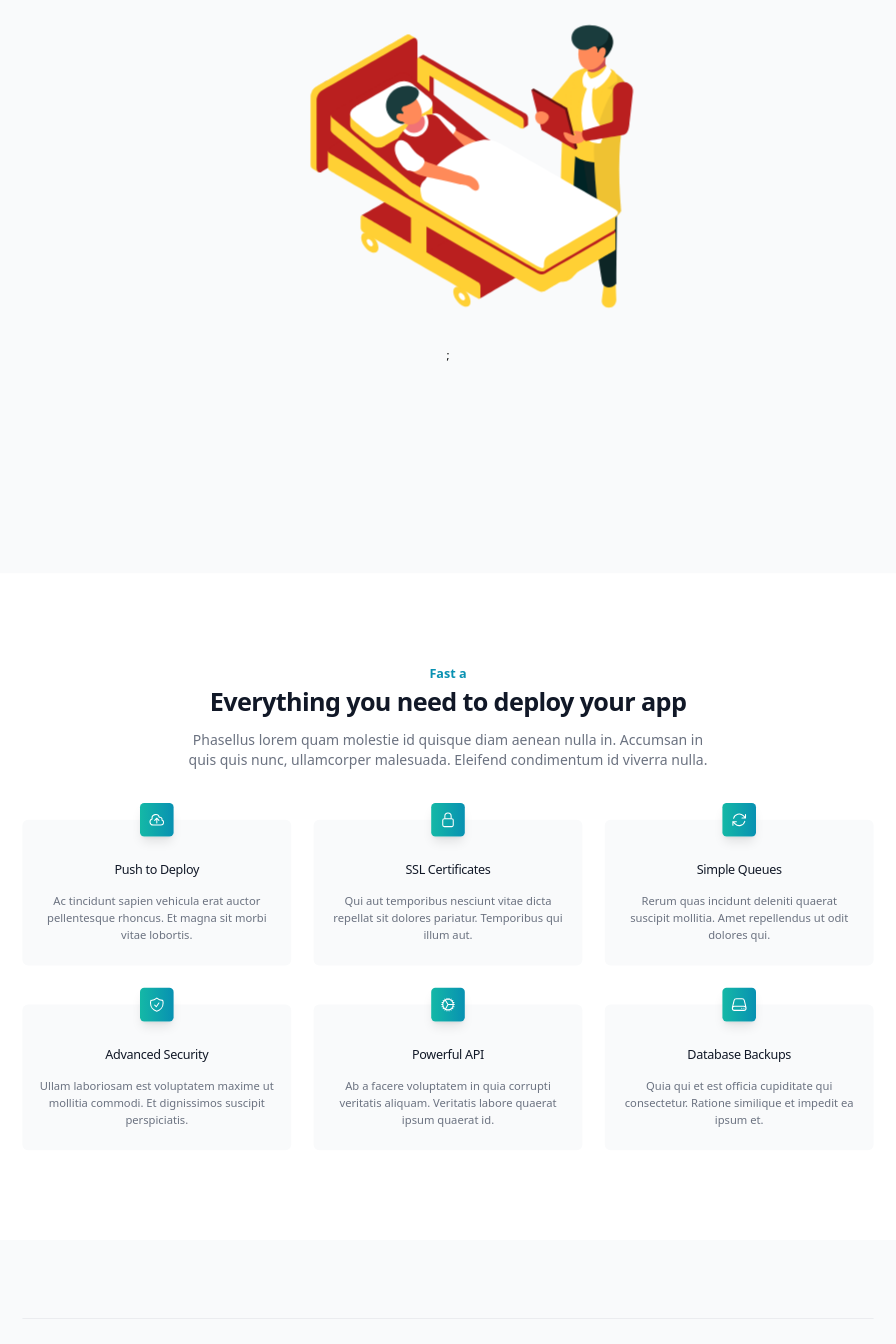
Repository: VinceBrun/medical-web3-app
Page: /
These files come from the project's save history. The page is drawn as it stood at one moment and after the next save; the edit follows.
The browser window is 1280 px wide. The pictures show the part of the page from y = 1423 to 3343 px (the page is 3395 px tall), at 70% of full size.
The project was rebuilt for these pictures with package versions that can differ from the ones it lists, and the page was loaded fresh each time. The framework's server and built-in components were replaced by stand-ins that run in the browser. Also part of the build but not shown: next.config.js, styles/Home.module.css.

Above is the page before, as saved 2023-01-16 17:36:54.

After the next save:
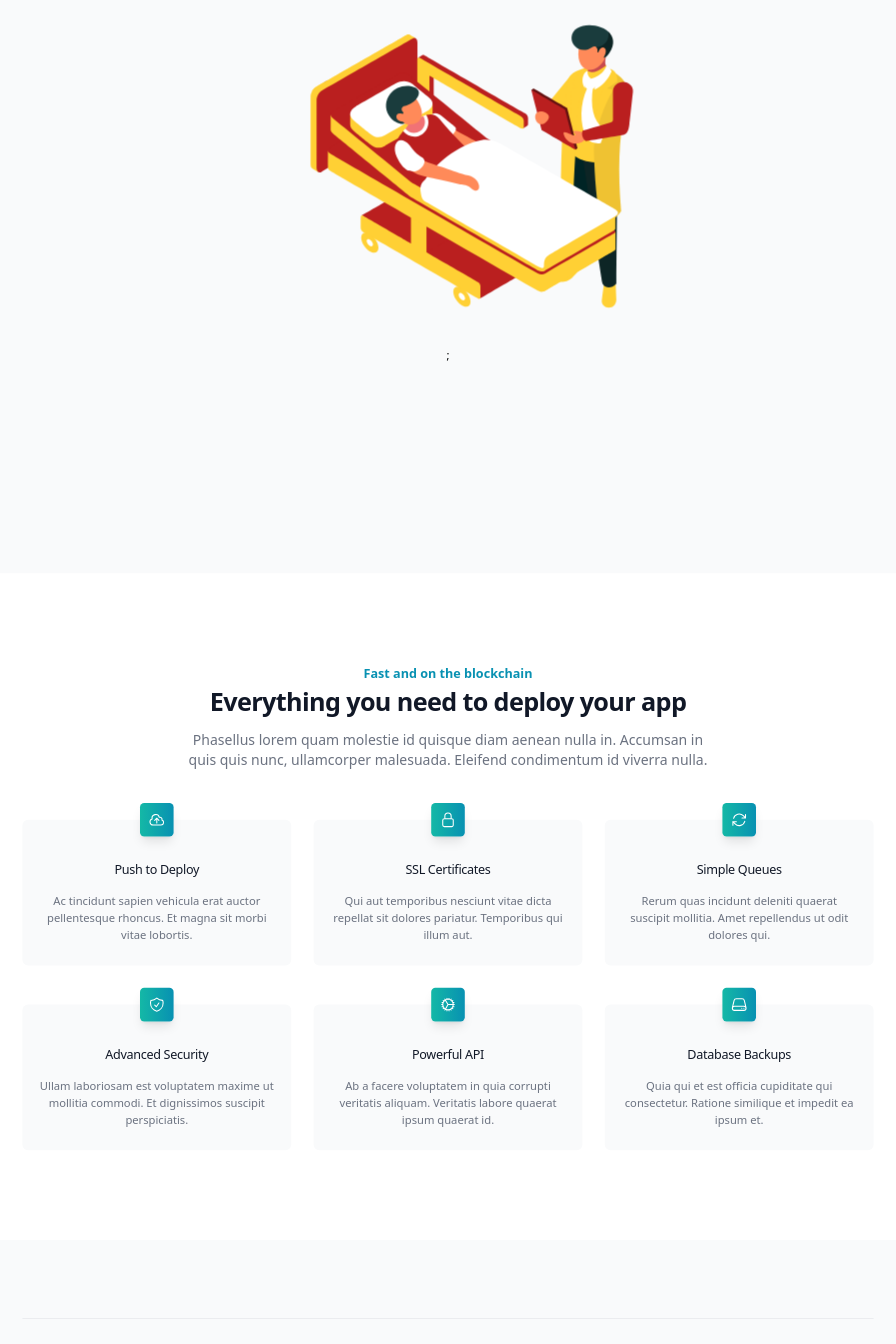
Saved 5 s later.
--- a/components/Landing.jsx
+++ b/components/Landing.jsx
@@ -418,7 +418,7 @@ export default function Landing() {
           <div className="relative bg-white py-16 sm:py-24 lg:py-32">
             <div className="mx-auto max-w-md px-6 text-center sm:max-w-3xl lg:max-w-7xl lg:px-8">
               <h2 className="text-lg font-semibold text-cyan-600">
-                Fast a
+                Fast and on the blockchain
               </h2>
               <p className="mt-2 text-3xl font-bold tracking-tight text-gray-900 sm:text-4xl">
                 Everything you need to deploy your app
